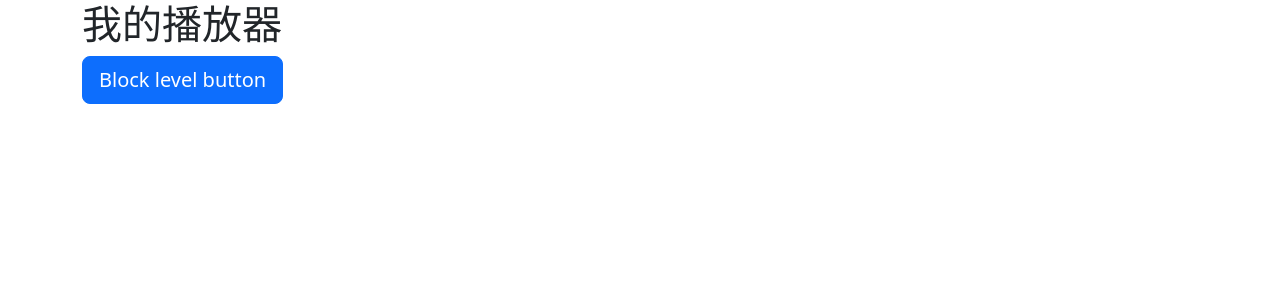
Repository: Ostask/electronTest
Page: renderer/index.html
An editor plug-in stored every save of this project. The page is shown before and after the next save, followed by the edit.
The browser window is 1280 px wide. The pictures show the whole page.
Some web libraries are served in a nearby version.

Above is the page before, as saved 2020-03-25 11:14:37.

### renderer/index.html
<!DOCTYPE html>
<html>
  <head>
    <meta charset="UTF-8">
    <title>本地播放器</title>
    <link rel="stylesheet" href="../node_modules/bootstrap/dist/css/bootstrap.min.css">
  </head>
  <body>
    <div class=container>
        <h1>我的播放器</h1>
        <button type="button" class="btn btn-primary btn-lg btn-block">Block level button</button>
    </div>
  </body>
</html>

After the next save:
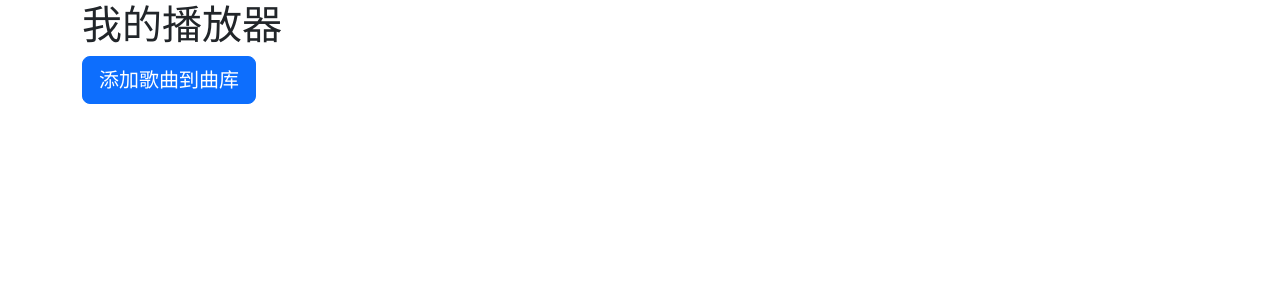
Saved 36 s later.
--- a/renderer/index.html
+++ b/renderer/index.html
@@ -8,7 +8,7 @@
   <body>
     <div class=container>
         <h1>我的播放器</h1>
-        <button type="button" class="btn btn-primary btn-lg btn-block">Block level button</button>
+        <button type="button" class="btn btn-primary btn-lg btn-block">添加歌曲到曲库</button>
     </div>
   </body>
 </html>
